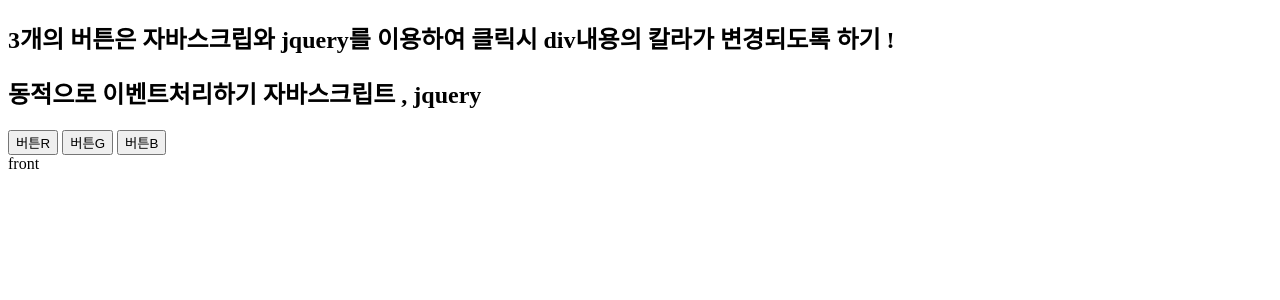
Repository: LeeJungHoon1/javaWeb
Page: ajaxPrj_09_6/src/main/webapp/실습과제_이정훈.html
An editor plug-in stored every save of this project. The page is shown before and after the next save, followed by the edit.
The browser window is 1280 px wide. The pictures show the whole page.

Above is the page before, as saved 2023-09-06 02:40:16.

### ajaxPrj_09_6/src/main/webapp/실습과제_이정훈.html
<!DOCTYPE html>
<html>
<head>
<meta charset="UTF-8">
<title>Insert title here</title>
<script src="https://ajax.googleapis.com/ajax/libs/jquery/3.7.0/jquery.min.js"></script>
<script>

	function change1(){
		let div = document.getElementById("wrap");
		div.style.color="red";
	}

	function change2(){
		let div = document.querySelector("#wrap");
		div.style.color="green";
	}

	function change3(){
		$("#wrap").css("color","blue");
	}


</script>
</head>
<body>

<h2> 3개의 버튼은 자바스크립와 jquery를 이용하여 클릭시  div내용의 칼라가 변경되도록 하기 ! </h2>

<h2>동적으로 이벤트처리하기 자바스크립트 , jquery </h2>
<button id="btn1" onclick="change1()">버튼R</button>
<button id="btn2" onclick="change2()">버튼G</button>
<button id="btn3" onclick="change3()">버튼B</button>

<div id="wrap">  front </div>
</body>
</html>

After the next save:
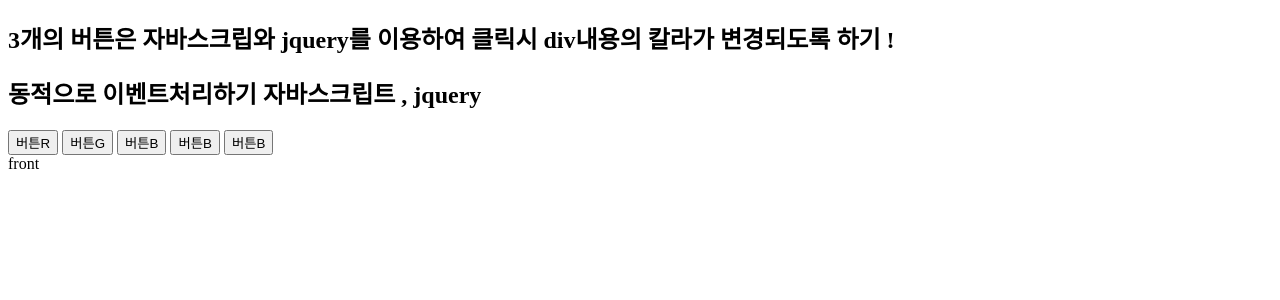
Saved 2 min 49 s later.
--- a/ajaxPrj_09_6/src/main/webapp/실습과제_이정훈.html
+++ b/ajaxPrj_09_6/src/main/webapp/실습과제_이정훈.html
@@ -19,7 +19,9 @@
 	function change3(){
 		$("#wrap").css("color","blue");
 	}
-
+	function big(){
+		$("#wrap").css("font-size","50px")
+	}
 
 </script>
 </head>
@@ -31,6 +33,8 @@
 <button id="btn1" onclick="change1()">버튼R</button>
 <button id="btn2" onclick="change2()">버튼G</button>
 <button id="btn3" onclick="change3()">버튼B</button>
+<button id="btn3" onclick="change3()">버튼B</button>
+<button id="btn3" onclick="change3()">버튼B</button>
 
 <div id="wrap">  front </div>
 </body>
